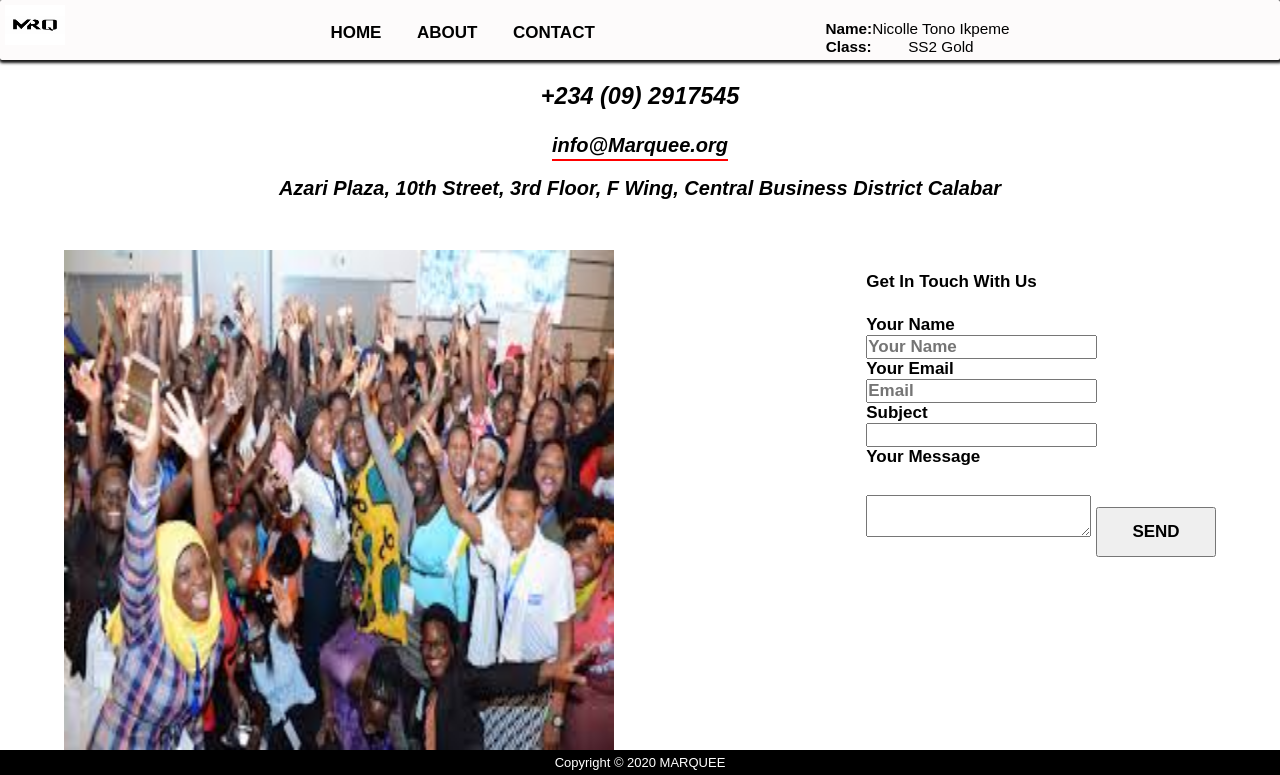
Repository: pboi18/Marquee.org
Page: contact.html
The author's editor kept a copy of each file at every save. The page is drawn from the files as they stood at one save, then again after the next save.
The browser window is 1280 px wide. The pictures show the whole page.

Above is the page before, as saved 2020-07-11 21:39:45.

After the next save:
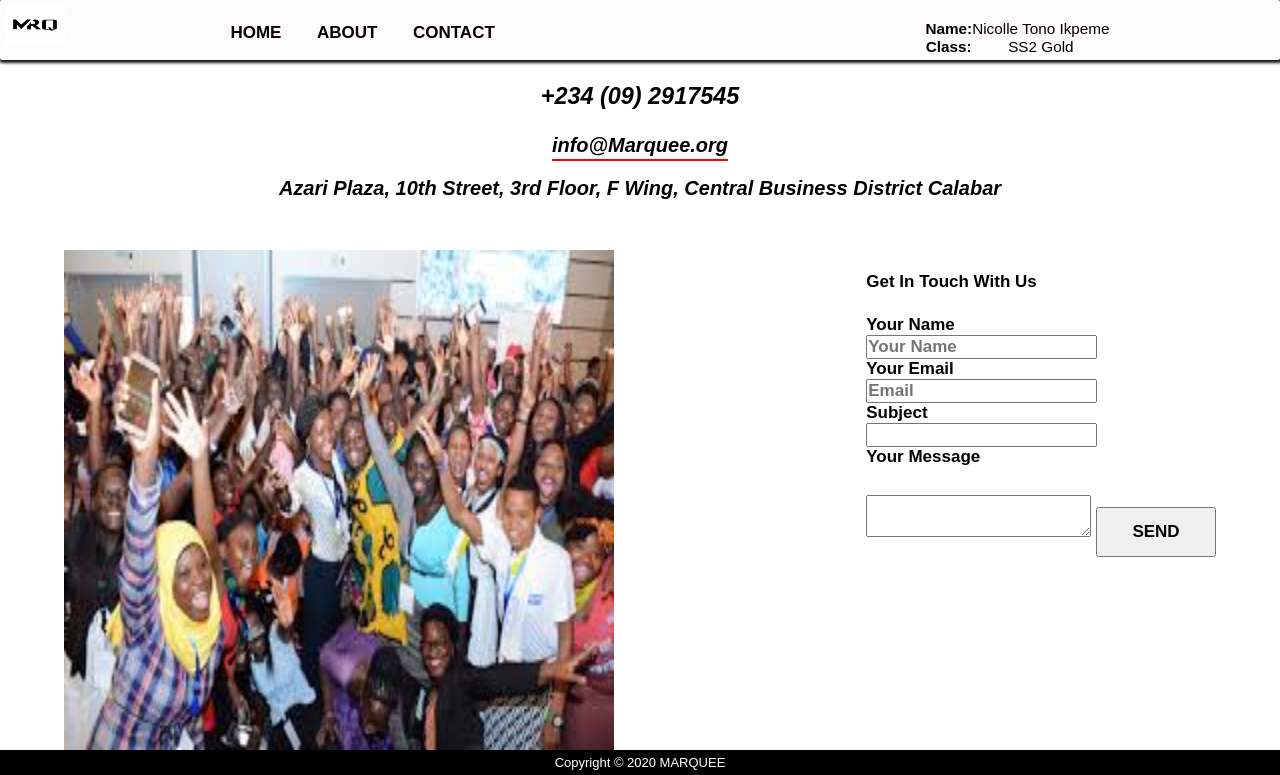
Saved 25 s later.
--- a/style.css
+++ b/style.css
@@ -73,7 +73,7 @@
     display: inline;
     padding: 10px;
     font-size: 90%;
-
+    margin-left: 200px;
 }
 
 .navbar {

After the save that followed:
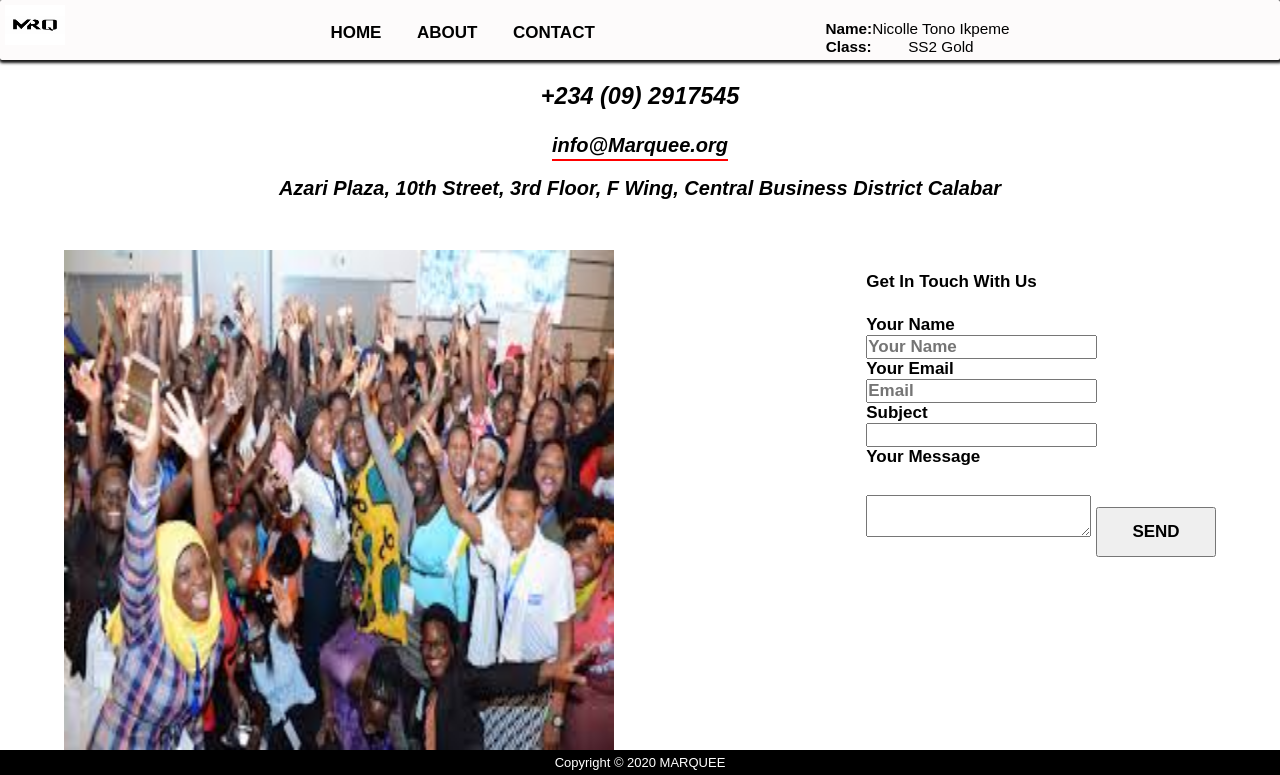
Saved 29 s later.
--- a/style.css
+++ b/style.css
@@ -73,7 +73,6 @@
     display: inline;
     padding: 10px;
     font-size: 90%;
-    margin-left: 200px;
 }
 
 .navbar {
